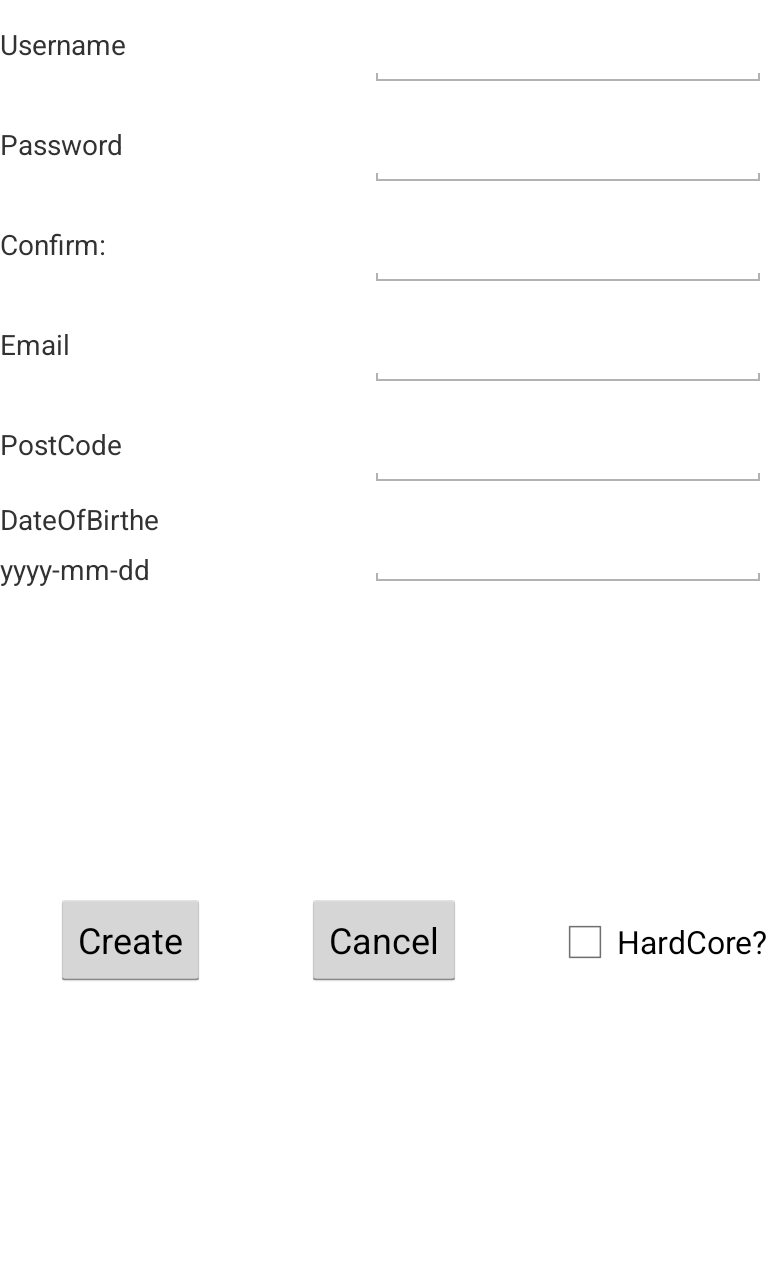
Repository: mpdehnel/seg
Layout: VectorOne/res/layout/activity_addnewuser.xml
An editor plug-in stored every save of this project. The layout is shown before and after the next save, followed by the edit.
It is drawn on a 768 x 1280 px phone screen (xhdpi) without system bars, with theme AppTheme; the app's code is not run.

Above is the layout before, as saved 2013-03-13 14:03:37.

### VectorOne/res/layout/activity_addnewuser.xml
<?xml version="1.0" encoding="utf-8"?>
<LinearLayout xmlns:android="http://schemas.android.com/apk/res/android"
    android:id="@+id/AddNewUser"
    android:layout_width="match_parent"
    android:layout_height="match_parent"
    android:orientation="vertical" >

    <RelativeLayout
        android:layout_width="match_parent"
        android:layout_height="50dp" >

        <EditText
            android:id="@+id/UsernameInput"
            android:layout_width="200dp"
            android:layout_height="wrap_content"
            android:layout_alignParentRight="true"
            android:layout_centerVertical="true"
            android:layout_weight="1"
            android:ems="10" />

        <TextView
            android:id="@+id/UsernameLabel"
            android:layout_width="100dp"
            android:layout_height="25dp"
            android:layout_alignParentLeft="true"
            android:layout_centerVertical="true"
            android:text="Username" />
    </RelativeLayout>

    <RelativeLayout
        android:layout_width="match_parent"
        android:layout_height="50dp" >

        <EditText
            android:id="@+id/PasswordInput"
            android:layout_width="200dp"
            android:layout_height="wrap_content"
            android:layout_alignParentRight="true"
            android:layout_centerVertical="true"
            android:layout_weight="1"
            android:ems="10"
            android:inputType="textPassword" />

        <TextView
            android:id="@+id/passwordAddNewUser"
            android:layout_width="100dp"
            android:layout_height="25dp"
            android:layout_alignParentLeft="true"
            android:layout_centerVertical="true"
            android:text="Password" />
    </RelativeLayout>

    <RelativeLayout
        android:layout_width="match_parent"
        android:layout_height="50dp" >

        <EditText
            android:id="@+id/PasswordInputConfirm"
            android:layout_width="200dp"
            android:layout_height="wrap_content"
            android:layout_alignParentRight="true"
            android:layout_centerVertical="true"
            android:ems="10"
            android:inputType="textPassword" />

        <TextView
            android:id="@+id/PasswordConfirm"
            android:layout_width="100dp"
            android:layout_height="25dp"
            android:layout_alignParentLeft="true"
            android:layout_centerVertical="true"
            android:text="Confirm:" />
    </RelativeLayout>

    <RelativeLayout
        android:layout_width="match_parent"
        android:layout_height="50dp"
        android:orientation="horizontal" >

        <EditText
            android:id="@+id/EmailInput"
            android:layout_width="200dp"
            android:layout_height="wrap_content"
            android:layout_alignParentRight="true"
            android:layout_centerVertical="true"
            android:ems="10"
            android:inputType="textEmailAddress" />

        <TextView
            android:id="@+id/Email"
            android:layout_width="100dp"
            android:layout_height="25dp"
            android:layout_alignParentLeft="true"
            android:layout_centerVertical="true"
            android:text="Email" />
    </RelativeLayout>

    <RelativeLayout
        android:layout_width="match_parent"
        android:layout_height="50dp" >

        <EditText
            android:id="@+id/PostCodeInput"
            android:layout_width="200dp"
            android:layout_height="wrap_content"
            android:layout_alignParentRight="true"
            android:layout_centerVertical="true"
            android:ems="10"
            android:inputType="text" />

        <TextView
            android:id="@+id/PostCode"
            android:layout_width="100dp"
            android:layout_height="25dp"
            android:layout_alignParentLeft="true"
            android:layout_centerVertical="true"
            android:text="PostCode" />
    </RelativeLayout>

    <RelativeLayout
        android:layout_width="match_parent"
        android:layout_height="50dp"
        android:orientation="horizontal" >

        <TextView
            android:id="@+id/DateOfBirth"
            android:layout_width="100dp"
            android:layout_height="25dp"
            android:layout_alignParentLeft="true"
            android:text="DateOfBirthe" />

        <TextView
            android:id="@+id/format"
            android:layout_width="wrap_content"
            android:layout_height="wrap_content"
            android:layout_alignParentLeft="true"
            android:layout_below="@+id/DateOfBirth"
            android:text="yyyy-mm-dd" />

        <EditText
            android:id="@+id/Date"
            android:layout_width="200dp"
            android:layout_height="wrap_content"
            android:layout_alignParentRight="true"
            android:layout_centerVertical="true"
            android:ems="10"
            android:inputType="date" />
    </RelativeLayout>

    <RelativeLayout
        android:layout_width="match_parent"
        android:layout_height="match_parent" >

        <Button
            android:id="@+id/CreateUser"
            android:layout_width="wrap_content"
            android:layout_height="wrap_content"
            android:layout_alignBaseline="@+id/Cancel"
            android:layout_alignBottom="@+id/Cancel"
            android:layout_alignParentLeft="true"
            android:layout_marginLeft="27dp"
            android:text="Create" />

        <Button
            android:id="@+id/Cancel"
            android:layout_width="wrap_content"
            android:layout_height="wrap_content"
            android:layout_centerHorizontal="true"
            android:layout_centerVertical="true"
            android:text="Cancel" />

        <CheckBox
            android:id="@+id/hardcoreMode"
            android:layout_width="wrap_content"
            android:layout_height="wrap_content"
            android:layout_alignBaseline="@+id/Cancel"
            android:layout_alignBottom="@+id/Cancel"
            android:layout_alignParentRight="true"
            android:text="HardCore?" />
    </RelativeLayout>

</LinearLayout>

### VectorOne/res/values/strings.xml
<resources>

    <string name="app_name">CacheCaptains</string>
    <string name="username">Username</string>
    <string name="button_maps">View</string>
    <string name="button_settings">Settings</string>
    <string name="button_user">Me</string>
    <string name="button_cachselect">Caches</string>
    <string name="button_login">LogIn</string>
    <string name="button_clear">Clear</string>
    <string name="button_registration">Register</string>
    <string name="lable_username">username:</string>
    <string name="lable_password">password:</string>
    <string name="question">Help</string>

    <string-array name="Cachs">
        <item>Yes</item>
        <item>No</item>
        <item>All</item>
    </string-array>
    <string-array name="Team">
        <item>My</item>
        <item>NotMine</item>
        <item>All</item>
    </string-array>
    <string-array name="Distance">
        <item>500</item>
        <item>1000</item>
        <item>2000</item>
        <item>5000</item>
        <item>10000</item>
        <item>All</item>
    </string-array>
    <string-array name="Unit">
        <item>m-km</item>
        <item>ft-mile</item>
    </string-array>
       <string-array name="sort">
        <item>name</item>
        <item>distance</item>
    </string-array>

    <string name="leer"></string>

    <string name="addnewCachebutton">AddNewCache</string>

</resources>

Loaded but not shown: VectorOne/res/values/styles.xml (common file); VectorOne/res/values-v11/styles.xml (common file); VectorOne/res/values-v14/styles.xml (common file)

After the next save:
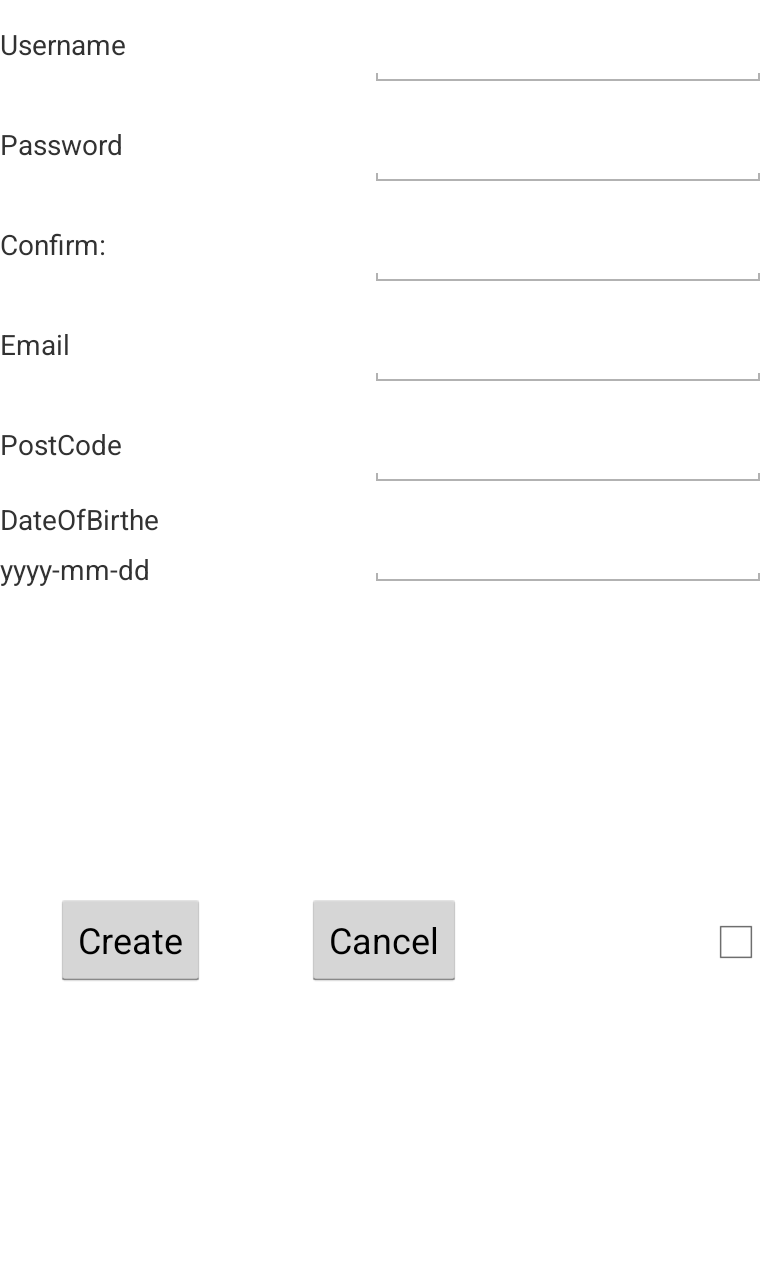
Saved 15 min 47 s later.
--- a/VectorOne/res/layout/activity_addnewuser.xml
+++ b/VectorOne/res/layout/activity_addnewuser.xml
@@ -176,7 +176,7 @@
             android:layout_alignBaseline="@+id/Cancel"
             android:layout_alignBottom="@+id/Cancel"
             android:layout_alignParentRight="true"
-            android:text="HardCore?" />
+            android:text="@string/leer" />
     </RelativeLayout>
 
 </LinearLayout>
